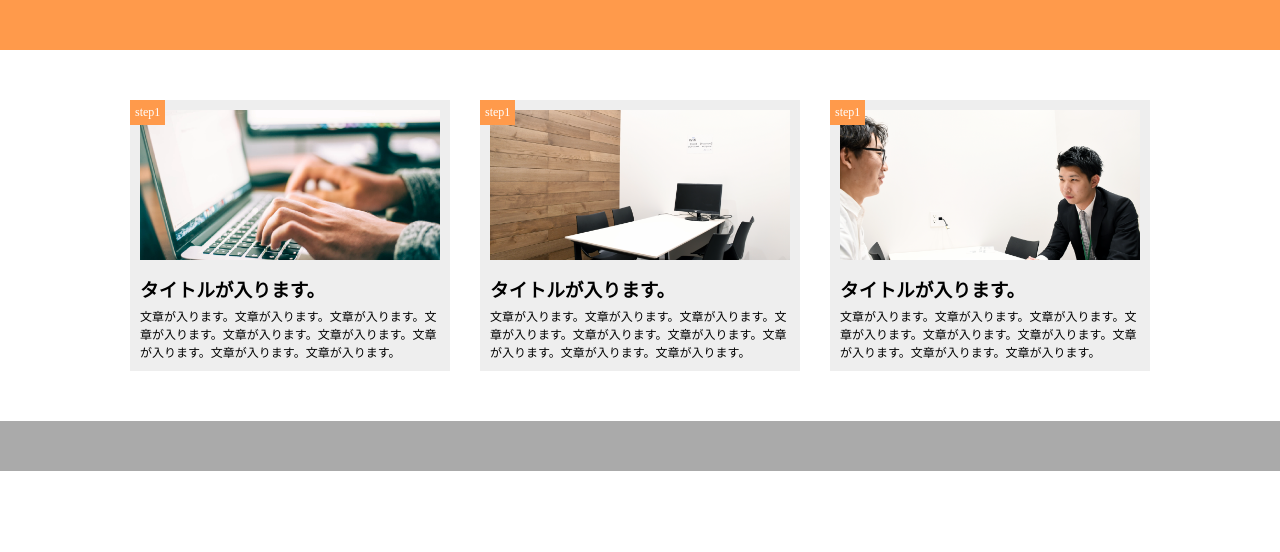
Repository: yukito7878/HTML-CSS-practice
Page: caravan/index9-practice.html
The author's editor kept a record of every edit. The page is drawn from the files as they stood at one moment, then again after the next edit.
The browser window is 1280 px wide. The pictures show the whole page.

Above is the page before.

After the next edit:
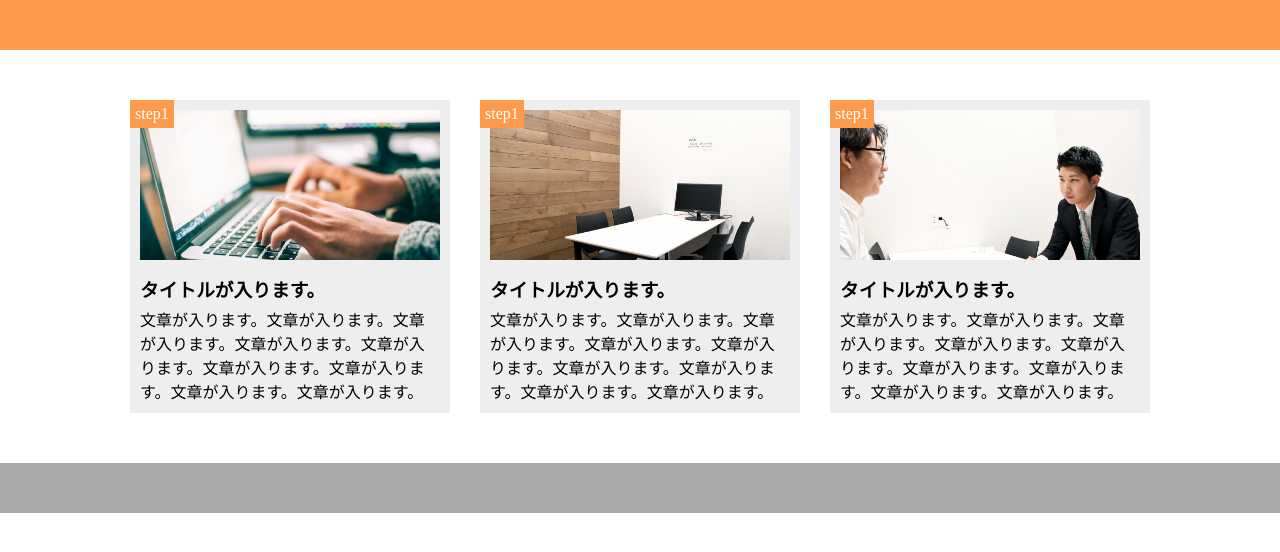
The edit:
--- a/caravan/style9-practice.css
+++ b/caravan/style9-practice.css
@@ -66,10 +66,6 @@
   margin: 15px 0 5px 0;
 }
 
-.each-block p{
-  font-size: 12px;
-}
-
 .footer{
   width: 100%;
   height: 50px;
